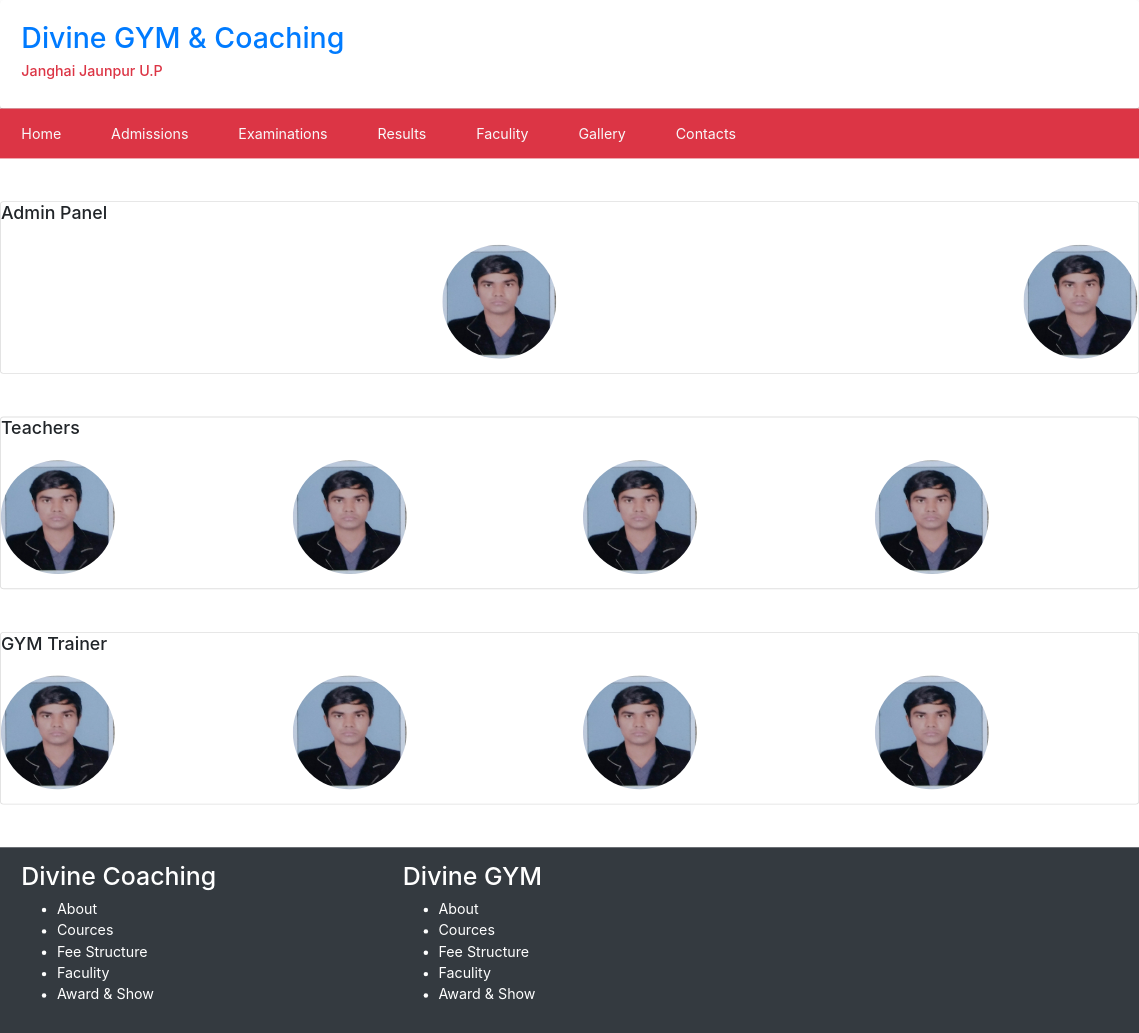
Repository: lalji-yadav/vikash-Coaching-frontend
Page: /faculity
The author's editor kept a copy of each file at every save. The page is drawn from the files as they stood at one save, then again after the next save.
The browser window is 1280 px wide. The pictures show the whole page, at 89% of full size.
The project was rebuilt for these pictures with package versions that can differ from the ones it lists, and the page was loaded fresh each time. Also part of the build but not shown: src/index.css, src/home/home.js, src/component/admission/admission.js, src/component/examination/examination.js, src/component/results/result.js, src/component/gallery/gallery.js.

Above is the page before, as saved 2021-04-10 21:37:27.

After the next save:
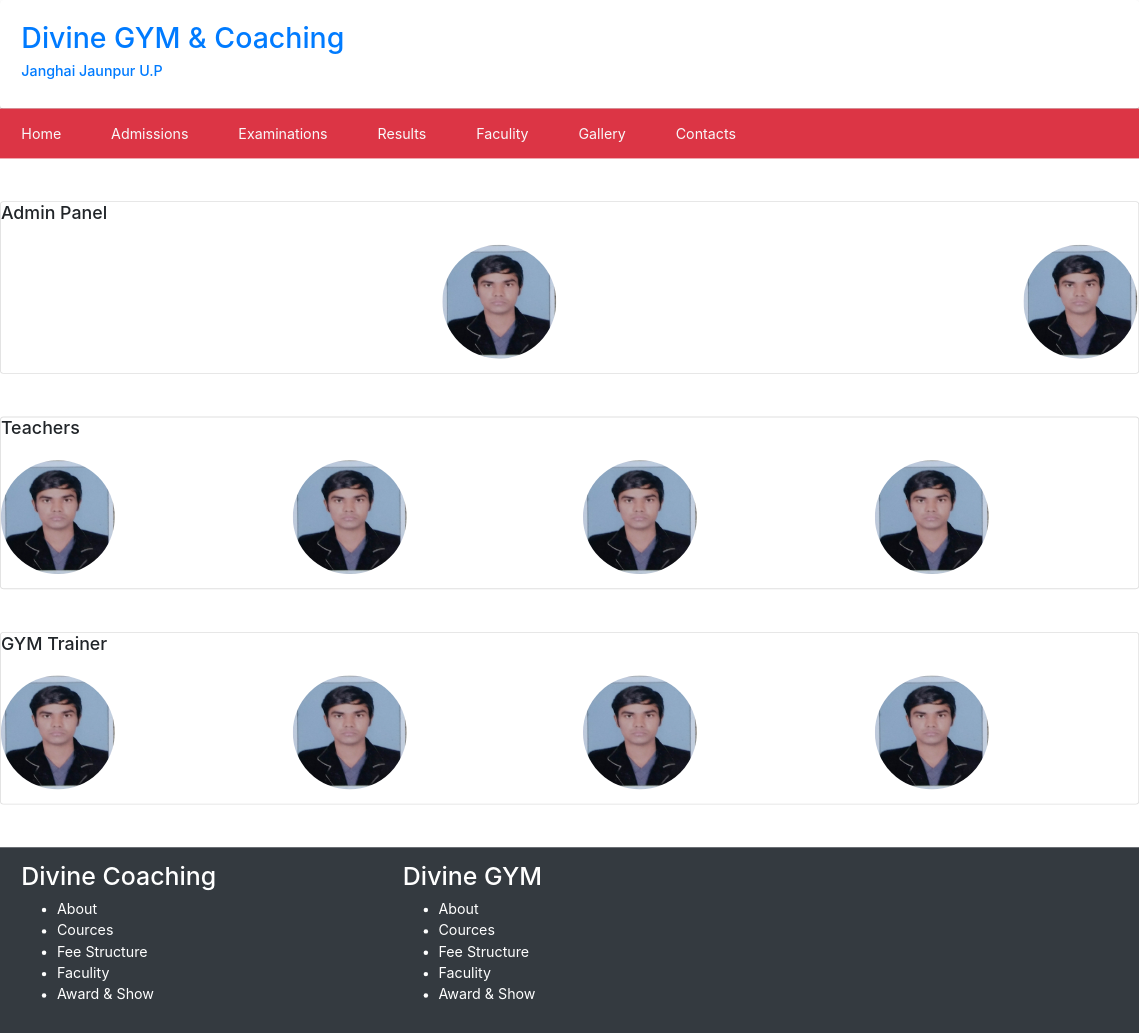
Saved 61 s later.
--- a/src/header/header.js
+++ b/src/header/header.js
@@ -16,7 +16,7 @@ class header extends Component {
             <div>
                 <Card className="py-4 pl-4">
                     <h2 className="text-primary">Divine GYM & Coaching </h2>
-                    <h6 className="text-danger">Janghai Jaunpur U.P</h6>
+                    <h6 className="text-primary">Janghai Jaunpur U.P</h6>
                 </Card>
 
                 <Navbar bg="danger" variant="light" expand="lg">
